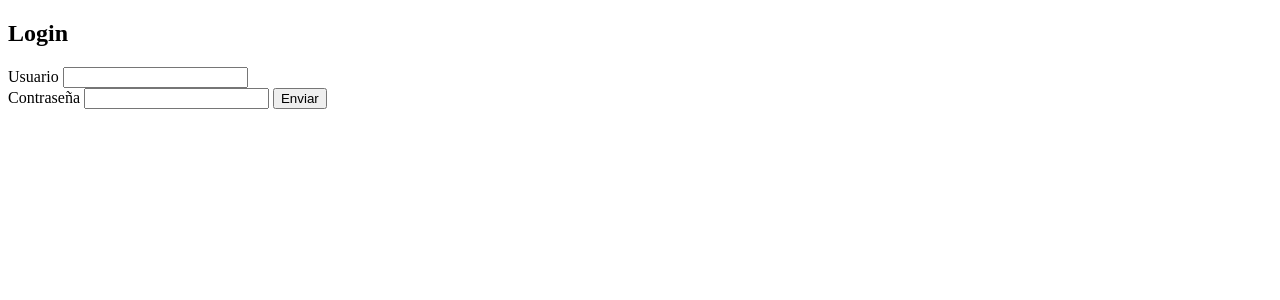
Repository: felipeverdugo/Java-y-Aplicaciones-Avanzadas-sobre-Internet
Page: work/Practica1Web40/src/main/webapp/login.html
These files come from the project's save history. The page is drawn as it stood at one moment and after the next save; the edit follows.
The browser window is 1280 px wide. The pictures show the whole page.

Above is the page before, as saved 2024-03-20 12:25:31.

### work/Practica1Web40/src/main/webapp/login.html
<!DOCTYPE html>
<html>
<head>
<meta charset="ISO-8859-1">
<title>Login</title>
</head>
<body>
    <h2>Login</h2>
    <form action="LoginUsr" method="post">
        <label for="nombre">Usuario</label>
        <input type="text" id="nombre" name="nombre" required>
        <br>
        <label for="nombre">Contraseña</label>
        <input type="text" id="nombre" name="nombre" required>

        <input type="submit" value="Enviar">
    </form>
</body>
</html>

After the next save:
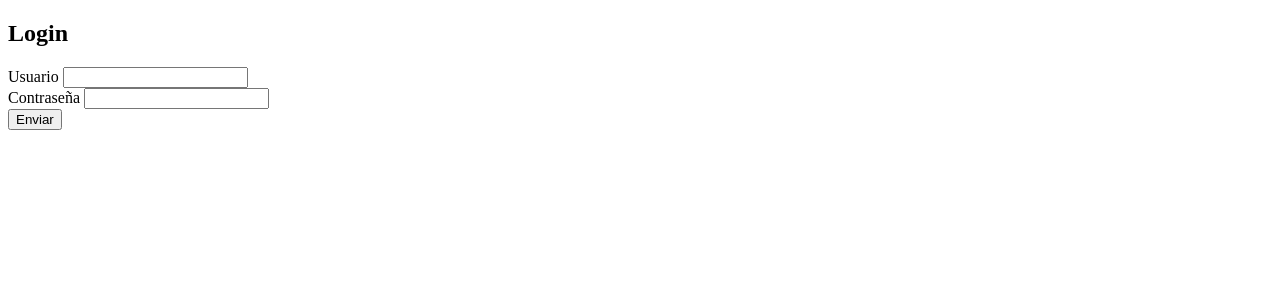
Saved 22 s later.
--- a/work/Practica1Web40/src/main/webapp/login.html
+++ b/work/Practica1Web40/src/main/webapp/login.html
@@ -7,12 +7,12 @@
 <body>
     <h2>Login</h2>
     <form action="LoginUsr" method="post">
-        <label for="nombre">Usuario</label>
+        <label for="nombre">Usuario   </label>
         <input type="text" id="nombre" name="nombre" required>
         <br>
         <label for="nombre">Contraseña</label>
         <input type="text" id="nombre" name="nombre" required>
-
+           <br>
         <input type="submit" value="Enviar">
     </form>
 </body>
